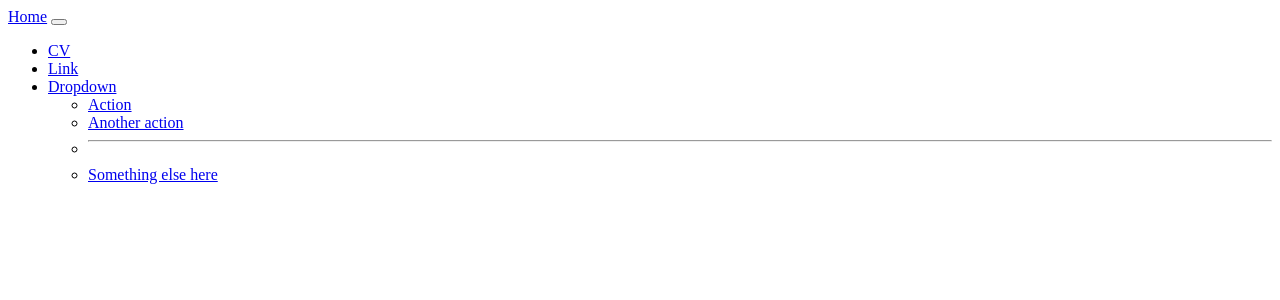
Repository: larwenIcode/Portfolio---OLD
Page: http://localhost/Common/navbar.php
These files come from the project's save history. The page is drawn as it stood at one moment and after the next save; the edit follows.
The browser window is 1280 px wide. The pictures show the whole page.
The page is run by PHP 8.4 with error messages shown; the project is at /var/www/html/.

Above is the page before, as saved 2021-02-23 10:57:02.

### Common/navbar.php
<nav class="navbar navbar-expand-lg navbar-dark-bg bg-dark">
    <div class="container-fluid">
        <a class="navbar-brand" href="#"><i class="bi bi-house"></i> Home</a>
        <button class="navbar-toggler" type="button" data-bs-toggle="collapse" data-bs-target="#navbarSupportedContent" aria-controls="navbarSupportedContent" aria-expanded="false" aria-label="Toggle navigation">
          <span class="navbar-toggler-icon"></span>
        </button>
        <div class="collapse navbar-collapse" id="navbarSupportedContent">
          <ul class="navbar-nav me-auto mb-2 mb-lg-0">
            <li class="nav-item">
              <a class="nav-link" href="#">CV</a>
            </li>
            <li class="nav-item">
              <a class="nav-link" href="#">Link</a>
            </li>
            <li class="nav-item dropdown">
              <a class="nav-link dropdown-toggle" href="#" id="navbarDropdown" role="button" data-bs-toggle="dropdown" aria-expanded="false">
                Dropdown
              </a>
              <ul class="dropdown-menu" aria-labelledby="navbarDropdown">
                <li><a class="dropdown-item" href="#">Action</a></li>
                <li><a class="dropdown-item" href="#">Another action</a></li>
                <li><hr class="dropdown-divider"></li>
                <li><a class="dropdown-item" href="#">Something else here</a></li>
              </ul>
            </li>
          </ul>
        </div>
      </div>
</nav>

After the next save:
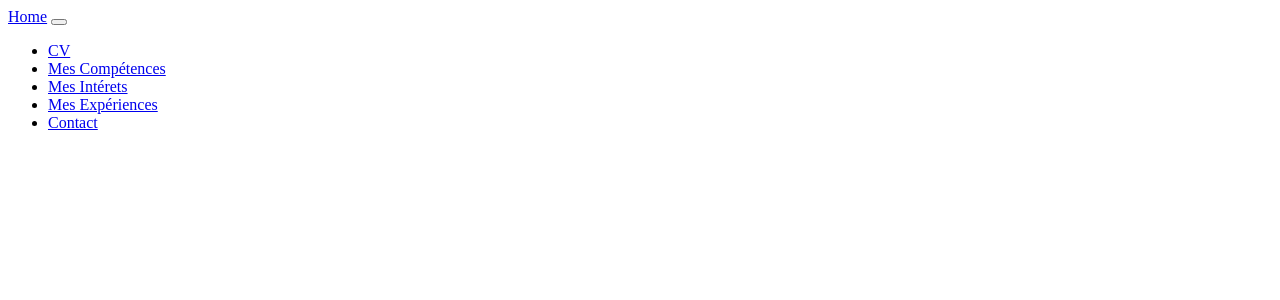
Saved 3 min 44 s later.
--- a/Common/navbar.php
+++ b/Common/navbar.php
@@ -10,18 +10,16 @@
               <a class="nav-link" href="#">CV</a>
             </li>
             <li class="nav-item">
-              <a class="nav-link" href="#">Link</a>
+              <a class="nav-link" href="#">Mes Compétences</a>
             </li>
-            <li class="nav-item dropdown">
-              <a class="nav-link dropdown-toggle" href="#" id="navbarDropdown" role="button" data-bs-toggle="dropdown" aria-expanded="false">
-                Dropdown
-              </a>
-              <ul class="dropdown-menu" aria-labelledby="navbarDropdown">
-                <li><a class="dropdown-item" href="#">Action</a></li>
-                <li><a class="dropdown-item" href="#">Another action</a></li>
-                <li><hr class="dropdown-divider"></li>
-                <li><a class="dropdown-item" href="#">Something else here</a></li>
-              </ul>
+            <li class="nav-item">
+                <a href="#" class="nav-link">Mes Intérets</a>
+            </li>
+            <li class="nav-item">
+                <a href="#" class="nav-link">Mes Expériences</a>
+            </li>
+            <li class="nav-item">
+                <a href="#" class="nav-link">Contact</a>
             </li>
           </ul>
         </div>
